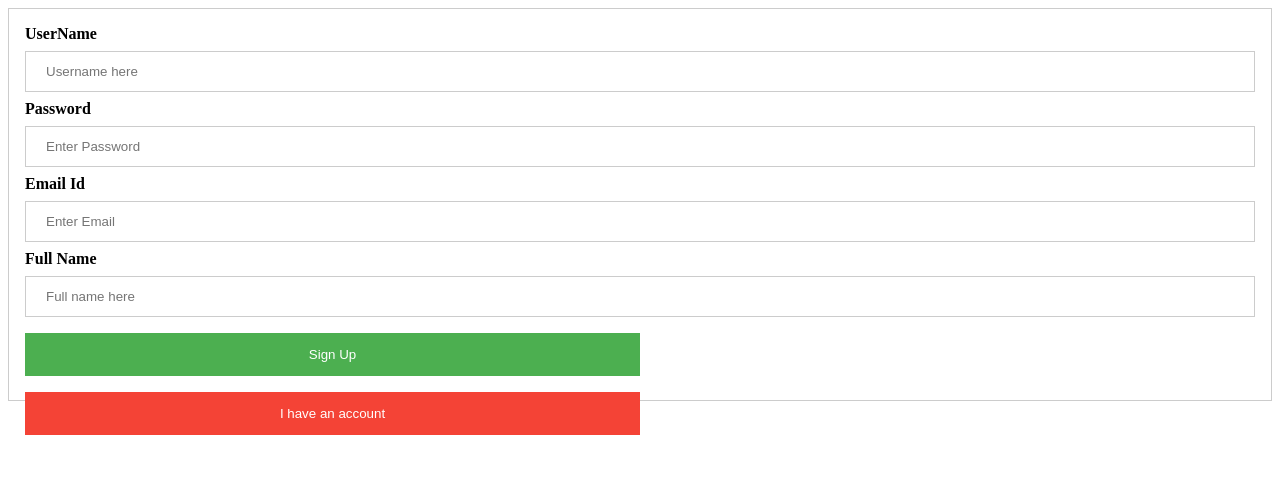
Repository: hamshini/demopro
Page: wippro/Application/WebContent/signup.html
The author's editor kept a copy of each file at every save. The page is drawn from the files as they stood at one save, then again after the next save.
The browser window is 1280 px wide. The pictures show the whole page.

Above is the page before, as saved 2018-01-06 05:50:53.

After the next save:
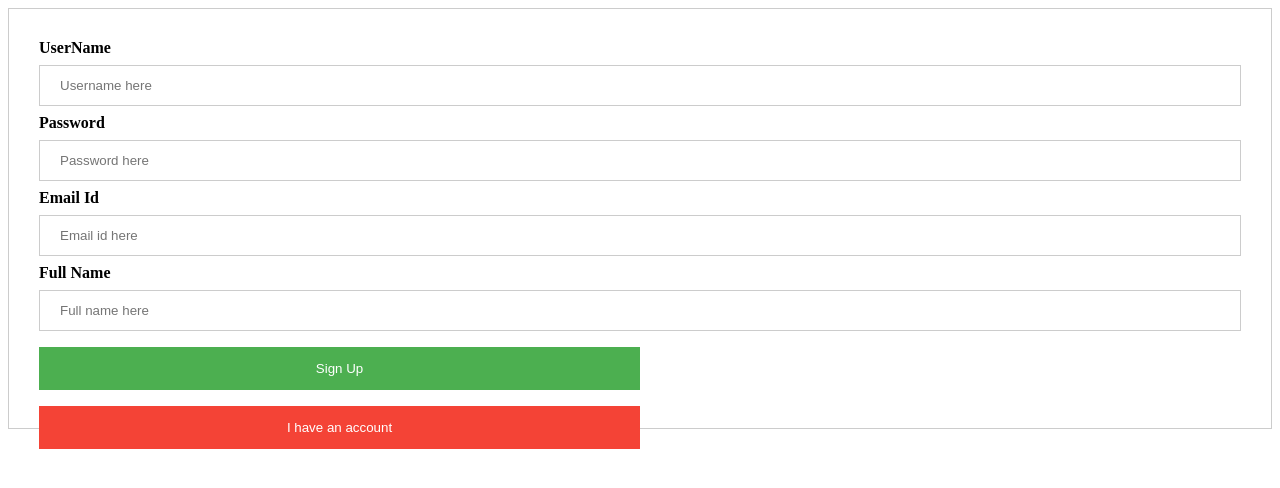
Saved 99 s later.
--- a/wippro/Application/WebContent/signup.html
+++ b/wippro/Application/WebContent/signup.html
@@ -40,7 +40,7 @@ button {
 
 /* Add padding to container elements */
 .container {
-    padding: 16px;
+    padding: 30px;
 }
 
 /* Clear floats */
@@ -65,10 +65,10 @@ button {
     <input type="text" placeholder="Username here" name="usr" required>
 
     <label><b>Password</b></label>
-    <input type="password" placeholder="Enter Password" name="psw" required>
+    <input type="password" placeholder="Password here" name="psw" required>
 
     <label><b>Email Id</b></label>
-    <input type="text" placeholder="Enter Email" name="email" required>
+    <input type="text" placeholder="Email id here" name="email" required>
 
 
 
@@ -79,7 +79,7 @@ button {
     <div class="clearfix">
       <button type="submit" class="signupbtn">Sign Up</button>
       </div>
-      <div>
+     <div>
       <button type="button" class="cancelbtn">I have an account</button>
     </div>
   </div>
